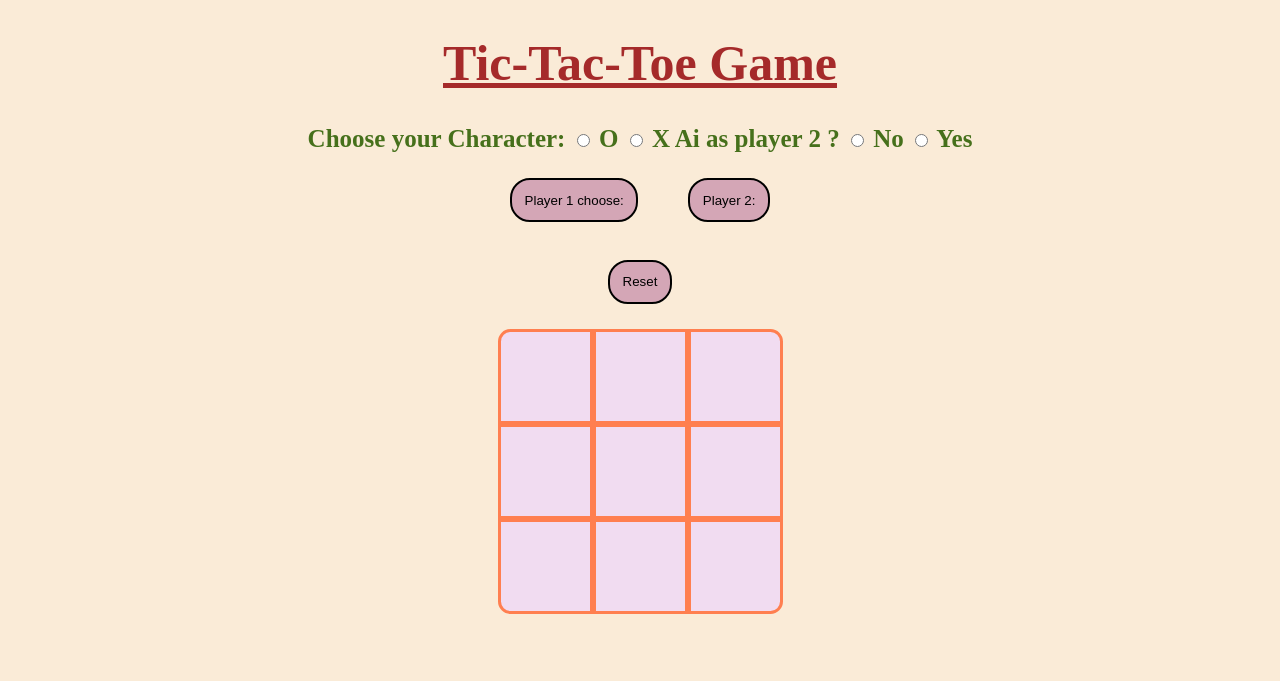
Repository: 0101chaitanya/Tic-Tac-Toe
Page: index.html
The author's editor kept a copy of each file at every save. The page is drawn from the files as they stood at one save, then again after the next save.
The browser window is 1280 px wide. The pictures show the whole page.

Above is the page before, as saved 2021-06-12 17:37:24.

### index.html
<!DOCTYPE html>
<html>

<head>
    <meta charset="utf-8">
    <title>Tic-Tac-Toe Game</title>
    <meta name="viewport" content="width=device-width, initial-scale=1">

    <link rel="stylesheet" href="styles.css">
</head>

<body>
    <div id='block1'>
        <h1 id="heading">Tic-Tac-Toe Game</h1>
        <form id='form'>
            Choose your Character:
            <input value="O" name="radio" onclick="eventFun.setUser(this)" type="radio">
            <label for="O">O</label>
            <input value="X" name="radio" onclick="eventFun.setUser(this)" type="radio">
            <label for="X">X</label>
            Ai as player 2 ?
            <input value="noAi" name="ai" onclick="eventFun.setAi(this)" type="radio">
            <label for="">No</label>
            <input value="yesAi" name="ai" onclick="eventFun.setAi(this)" type="radio">
            <label for="X">Yes</label>

        </form>
        <div id="player">
            <button id='p1' onclick='eventFun.player(`p1`)' type='text'>Player 1 choose:
                <button id='p2' onclick='eventFun.player(`p2`)' type='text'>Player 2:
        </div>
        <button id='reset' onclick='eventFun.reset()'>Reset</button>
        <form id="gameSquare">
            <section id="row1">
                <div id="r1Column1"></div>
                <div id="rlColumn2"></div>
                <div id="rlColumn3"></div>
            </section>
            <section id="row2">
                <div id="r2Column1"></div>
                <div id="r2Column2"></div>
                <div id="r2Column3"></div>
            </section>
            <section id="row3">
                <div id="r3Column1"></div>
                <div id="r3Column2"></div>
                <div id="r3Column3"></div>
            </section>
        </form>
    </div>
    <div id="ResultBox">
        <span id="closebtn">&times;</span>
        <strong id="resultOut"></strong>
    </div>

</body>
<script type="text/javascript" src="script.js"></script>

</html>

### styles.css
:root {
    text-align: center;
    font-weight: bold;
}

* {
    box-sizing: border-box;
}

@media screen and (max-width: 400px) {
     :root {
        font-size: 14px;
    }
}

@media screen and (min-width: 401px) and (max-width: 700px) {
     :root {
        font-size: 18px;
    }
}

@media screen and (min-width: 701px) {
     :root {
        font-size: 25px;
    }
}

body {
    color: rgb(70, 112, 27);
    background: antiquewhite;
    font-weight: bold;
}

h1 {
    color: brown;
    text-decoration: underline;
    text-decoration-style: solid;
}

label>input {
    color: red;
    border: 1px solid;
}

#player {
    margin: 1rem auto 1rem auto;
    display: block;
}

#player>button {
    margin: 0rem 1rem 0.5rem 1rem;
    width: fit-content;
    height: fit-content;
    border: 0.1rem solid;
    padding: 0.5rem;
    border-radius: 0.8rem;
    background: rgb(212, 166, 182);
}

#reset {
    width: min-content;
    height: min-content;
    display: block;
    margin: 0rem auto 1rem;
    border: 0.1rem solid;
    padding: 0.5rem;
    border-radius: 0.8rem;
    background: rgb(212, 166, 182);
}

#gameSquare {
    width: min-content;
    height: min-content;
    display: block;
    margin: auto;
}

#gameSquare>section:nth-child(n) {
    /* border-style: solid;
     */
    width: min-content;
    height: min-content;
    display: flex;
    justify-content: center;
    align-items: center;
}

#gameSquare>section:nth-child(n)>div:nth-child(n) {
    display: flex;
    margin: auto;
    width: 3.8rem;
    height: 3.8rem;
    border-style: solid;
    border-width: 0.15rem;
    justify-content: center;
    align-items: center;
    font-size: 1.8rem;
    color: coral;
    background-color: rgb(241, 220, 241);
}

#gameSquare>section:nth-child(1)>div:nth-child(1) {
    border-top-left-radius: 0.5rem;
}

#gameSquare>section:nth-child(1)>div:nth-child(3) {
    border-top-right-radius: 0.5rem;
}

#gameSquare>section:nth-child(3)>div:nth-child(1) {
    border-bottom-left-radius: 0.5rem;
}

#gameSquare>section:nth-child(3)>div:nth-child(3) {
    border-bottom-right-radius: 0.5rem;
}

#ResultBox {
    height: fit-content;
    width: 13rem;
    display: none;
    margin-left: auto;
    margin-right: auto;
    margin-top: 3rem;
    position: relative;
    top: -12rem;
    border-color: rgb(162, 162, 192);
    background-color: rgb(15, 44, 138);
    color: white;
    opacity: 1;
    transition: opacity 0.6s;
    margin-bottom: 15px;
    border-radius: 1rem;
    padding: 1rem;
    text-align: center;
}

#resultOut {
    color: #f0e0e4;
    font-weight: bold;
}

#closebtn {
    margin-left: 15px;
    color: white;
    font-weight: bold;
    float: right;
    font-size: 22px;
    line-height: 20px;
    cursor: pointer;
    transition: 0.3s;
}

#closebtn:hover {
    color: rgb(38, 170, 82);
}

#player>div:nth-child(1)>input {
    color: aqua;
}

### script.js
"use strict";

let eventFun = (function() {
    let user1Selection, user2Selection, runningCharacter;

    let runningNumber,
        result;
    let newArray;
    let count;

    let horizontalArray;
    let verticalArray;
    let diagonalArray;
    let array;


    function setUser(given) {
        localStorage.setItem("user1", given.value);

        document.querySelector(`#form`).submit();
    }

    function player(input) {
        //let player$ = document.getElementById(input.value);
        let x = prompt('Enter player name');
        localStorage.setItem(`${input}`, x);
        location.reload();
    }

    function init() {
        runningNumber = 0;
        user1Selection = localStorage.getItem("user1") || null;
        user2Selection =
            user1Selection != null ? (user1Selection === "X" ? "O" : "X") : null;
        runningCharacter = user1Selection;

        (localStorage.getItem("p1") !== null) ? document.getElementById('p1').textContent = localStorage.getItem("p1") + " choose: " + user1Selection: document.getElementById('p1').textContent += ` ` + user1Selection || ' ';
        (localStorage.getItem("p2") !== null) ? document.getElementById('p2').textContent = localStorage.getItem("p2") + " : " + user2Selection: document.getElementById('p2').textContent += ` ` + user2Selection || ' ';

        array = Array.from(
            document.getElementById("gameSquare").querySelectorAll("div")
        );
        newArray = Array(array.length).fill();
        count = 0;

        horizontalArray = undefined;
        verticalArray = undefined;
        diagonalArray = undefined;
        eventListen();
    }

    if (localStorage.getItem("user1") !== null) {
        init();
    }

    function reset() {
        init();
        document.getElementById('p1').textContent = `Player 1 choose: `;

        document.getElementById('p2').textContent = `Player 2 : `;
        localStorage.clear();
        location.reload();

    }

    function switchRunChar() {
        runningCharacter = runningCharacter === "O" ? "X" : "O";
        runningNumber = runningNumber === 0 ? 1 : 0;
    }

    function arrayCreator(index, incrementer) {
        return [
            newArray[index],
            newArray[index + incrementer],
            newArray[index + 2 * incrementer],
        ];
    }

    function parser(arrayInput) {
        let arr = arrayInput.map((item, index) => {
            let res = item.reduce((stack, item) => {
                stack += item;
                return stack;
            });
            return res;
        });
        return arr;
    }

    function send(input) {
        let block1 = document.getElementById('block1');
        block1.style.filter = 'blur(0.5rem)';
        document.getElementById('ResultBox').style.display = 'block';
        document.getElementById('resultOut').textContent = input;
        let close = document.getElementById('closebtn');
        close.onclick = function() {
            localStorage.clear();
            //  init();
            document.getElementById('gameSquare').submit();
            let div = this.parentElement;
            div.style.opacity = '0';
            setTimeout(function() {
                document.getElementById('ResultBox').style.display = 'none';
                block1.style.filter = 'blur(0.0rem)';

            }, 60);
        };

    }

    function check(input) {
        input.forEach((item) => {
            if (item === 3) {
                result = item;
                send("Player 2 won");
            } else if (item === 0) {
                result = item;
                send("Player 1 won");
            }
        });
    }

    function checkWin() {
        horizontalArray = [
            arrayCreator(0, 1),
            arrayCreator(3, 1),
            arrayCreator(6, 1),
        ];
        verticalArray = [
            arrayCreator(0, 3),
            arrayCreator(1, 3),
            arrayCreator(2, 3),
        ];
        diagonalArray = [arrayCreator(0, 4), arrayCreator(2, 2)];

        let horizontalParsed = parser(horizontalArray);
        let verticalParsed = parser(verticalArray);

        let diagonalParsed = parser(diagonalArray);
        check(horizontalParsed);
        check(verticalParsed);
        check(diagonalParsed);

        if (count == 8) {
            console.table(horizontalArray, verticalArray, diagonalArray);
            console.table({
                horizontalParsed: horizontalParsed,
                verticalParsed: verticalParsed,
                diagonalParsed: diagonalParsed,
            });
            console.table(newArray);
            if (result == undefined) {
                send("draw");
            }
        }
    }

    let setOutput = function(e, index) {
        e.target.textContent = runningCharacter;
        e.target.removeEventListener("click", (e) => setOutput(e));
        newArray.splice(index, 1, runningNumber);
        switchRunChar();
        checkWin();

        count++;
    };

    function eventListen() {
        array.forEach((item, index) => {
            item.textContent = "";
            item.addEventListener("click", (e) => setOutput(e, index), { once: true });
        });
    }
    return { setUser, player, reset };
})();

After the next save:
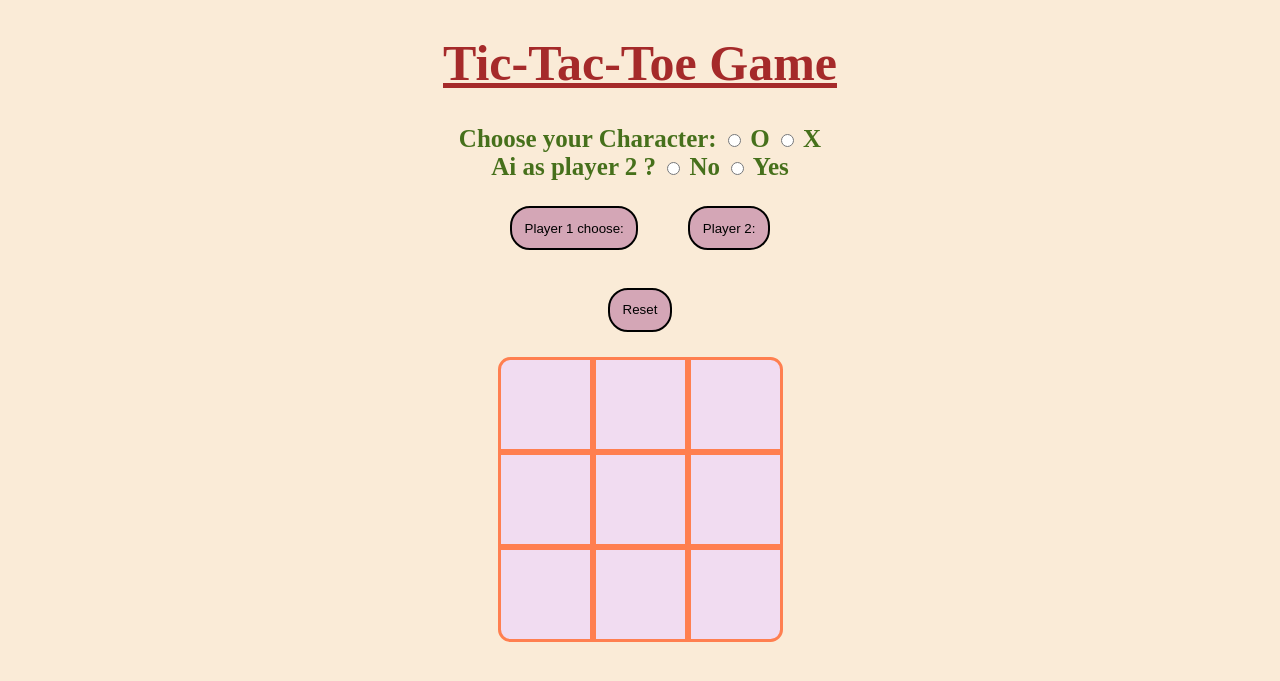
Saved 38 s later.
--- a/index.html
+++ b/index.html
@@ -18,6 +18,9 @@
             <label for="O">O</label>
             <input value="X" name="radio" onclick="eventFun.setUser(this)" type="radio">
             <label for="X">X</label>
+
+        </form>
+        <form id='aiForm'>
             Ai as player 2 ?
             <input value="noAi" name="ai" onclick="eventFun.setAi(this)" type="radio">
             <label for="">No</label>
